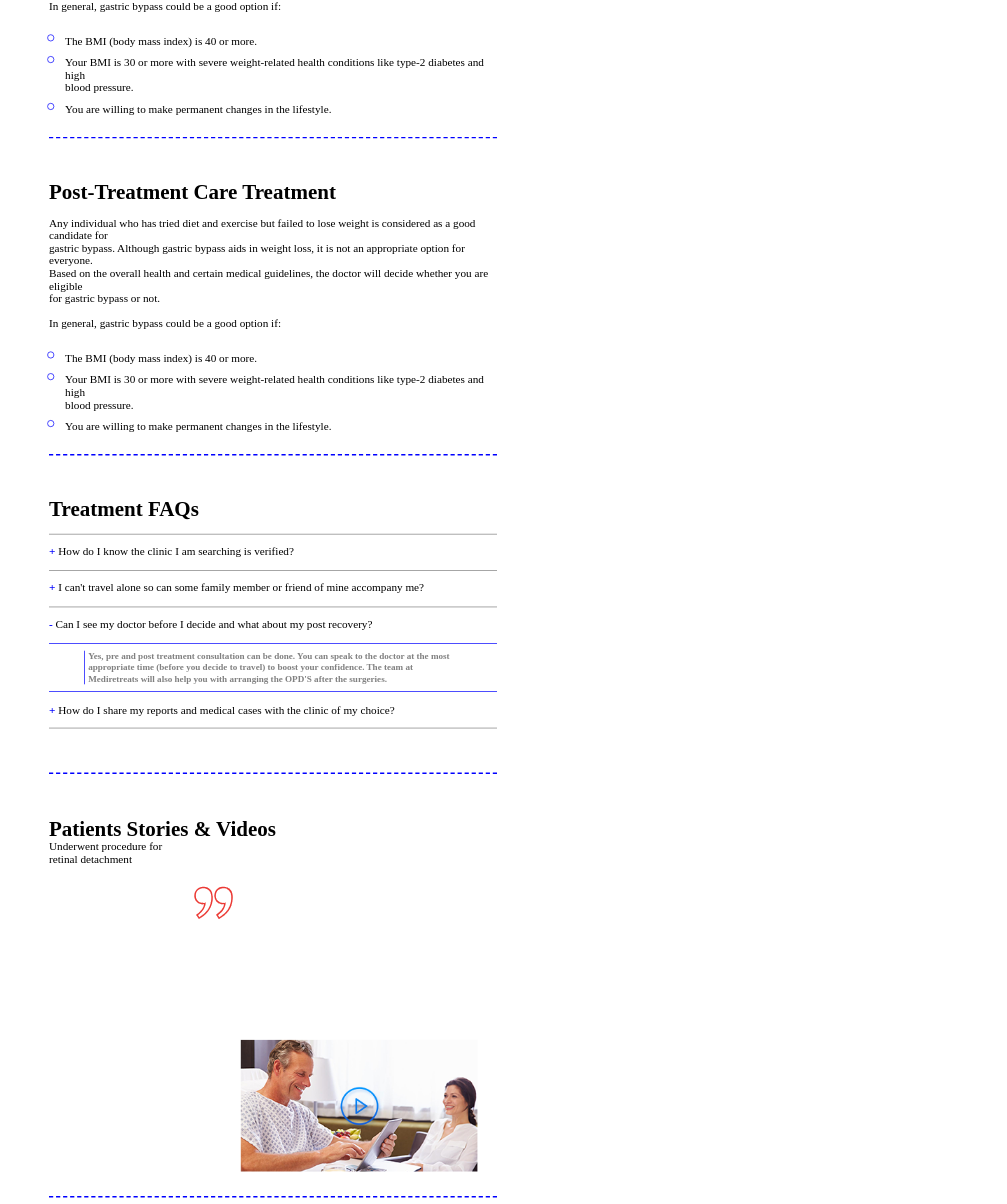
Repository: hetuk2005/webDevelopment
Page: Projects/Aafiya.html
These files come from the project's save history. The page is drawn as it stood at one moment and after the next save; the edit follows.
The browser window is 1280 px wide. The page is 1438 px wide, so the pictures cover 1438 px, including what lies to the right of the window. The pictures show the part of the page from y = 2952 to 4672 px (the page is 4672 px tall before and 4441 px after), at 70% of full size.

Above is the page before, as saved 2025-04-08 10:29:12.

### Projects/Aafiya.html
<!DOCTYPE html>
<html lang="en">

<head>
    <meta charset="UTF-8" />
    <meta name="viewport" content="width=device-width, initial-scale=1.0" />
    <title>Hetuk</title>
    <link rel="stylesheet" href="./CSS/Aafiya.css" />
</head>

<body>
    <nav>
        <div class="child1">
            <div class="images">
                <img src="./Images/Aafiya Logo.svg" alt="Aafiya Logo" class="img1" /><br />
                <img src="./Images/Logo 2.png" alt="Logo" class="img2" />
            </div>
            <div class="image_text">
                <div class="book_text">
                    <img src="./Images/Book.svg" alt="Book" class="img3" />
                    <div class="grid">
                        <br />
                        <p class="text">Second Medical Option</p>
                        <p class="text1">Book Consultation</p>
                    </div>
                </div>
                <div class="call_text">
                    <img src="./Images/Call.svg" alt="Call" class="img4" /><br />
                    <div class="grid">
                        <br />
                        <p class="text">Call Us On</p>
                        <p class="text1">985 896 2222</p>
                    </div>
                </div>
                <div class="mail_text">
                    <img src="./Images/Mail.png" alt="Mail" class="img5" />
                    <div class="grid">
                        <br />
                        <p class="text">Email Us On</p>
                        <p class="text1">info@mediretreats.com</p>
                    </div>
                </div>
                <div class="India">
                    <img src="./Images/India.svg" alt="India Flag" class="img6" />
                    <img src="./Images/Dropdown Arrow.svg" alt="Dropdown Arrow" class="img7" />
                </div>
            </div>
        </div>
        <div class="child2">
            <ul>
                <li>Home</li>
                <li>About Us</li>
                <li>Treatments +</li>
                <li>Destinations +</li>
                <li>Hospitals</li>
                <li>FAQs</li>
                <li>Blog</li>
                <li>Request A Quote</li>
            </ul>
            <input type="search" placeholder="Search" />
        </div>
    </nav>
    <div class="home_img">
        <div class="home_child">
            <p class="home_content">Home</p>
            <span> > </span>
            <p class="home_content">Treatments</p>
            <span> > </span>
            <p class="home_content">Orthopaedics</p>
            <span> > </span>
            <p class="home_content">Knee Replacement</p>
        </div>
        <br />
        <h3>Total Knee Replacement</h3>
        <p class="home_description">
            Total knee replacement is a surgery to remove and replace the whole<br /> damaged knee joint with an artificial joint.
        </p>
        <br />
        <button class="enquire_now">Enquire Now</button>
    </div>
    <div class="nav2">
        <ul>
            <li class="list">Overview</li>
            <li>Eligibility</li>
            <li>Preparation</li>
            <li>About Treatment</li>
            <li>Post-Treatment Care</li>
            <li>Recovery Tips</li>
            <li>FAQs</li>
            <li>Patients Stories</li>
        </ul>
    </div>
    <div class="treatment_overview">
        <div class="treatment_text">
            <h3>Treatment Overview</h3>
            <br />
            <p>
                Lorem ipsum dolor sit amet consectetur adipisicing elit.<br /> Earum, culpa vel debitis incidunt non quis.
            </p>
            <br />
            <p>
                Lorem ipsum dolor sit amet consectetur adipisicing elit.<br /> aliquam repudiandae, corporis consectetur dolorem eum.<br /> facilis quasi, praesentium inventore expedita quo hic.
            </p>
            <br />
            <p>
                Lorem ipsum dolor sit amet culpa vel debitis<br /> consectetur, adipisicing elit. Adipisci, nemo.
            </p>
            <br />
        </div>
        <div class="treatment_img">
            <img src="./Images/treatment_overview (1).jpg" alt="Image" />
        </div>
    </div>
    <div class="eligibility_for_treatment">
        <div class="eligibility_text">
            <h3>Eligibility For Treatment</h3>
            <br />
            <p>
                Any individual who has tried diet and exercise but failed to lose weight is considered as a good candidate for<br /> gastric bypass. Although gastric bypass aids in weight loss, it is not an appropriate option for everyone.<br /> Based
                on the overall health and certain medical guidelines, the doctor will decide whether you are eligible<br /> for gastric bypass or not.
            </p>
            <br />
            <p>In general, gastric bypass could be a good option if:</p>
            <br />
            <ul>
                <li>The BMI (body mass index) is 40 or more.</li>
                <li>
                    Your BMI is 30 or more with severe weight-related health conditions like type-2 diabetes and high<br /> blood pressure.
                </li>
                <li>You are willing to make permanent changes in the lifestyle.</li>
            </ul>
        </div>
        <br /><br /><br />
        <div class="eligibility_form">
            <h3>Need Help?</h3>
            <br />
            <p>
                Just let us know. We will be happy to<br /> assist you.
            </p>
            <br /><br />
            <form>
                <input type="text" placeholder="Full Name" /><br /><br />
                <input type="email" placeholder="Email" /><br /><br />
                <input type="tel" placeholder="Phone Number" /><br /><br />
                <input type="textarea" placeholder="Describe Your Treatment Requirement" class="textarea" /><br /><br />
                <button class="Enquiry">Send Enquiry</button>
            </form>
        </div>
    </div>
    <div class="preparation_of_treatment">
        <h3>Preparation Of Treatment</h3>
        <br />
        <p>
            Any individual who has tried diet and exercise but failed to lose weight is considered as a good candidate for<br /> gastric bypass. Although gastric bypass aids in weight loss, it is not an appropriate option for everyone.<br /> Based on
            the overall health and certain medical guidelines, the doctor will decide whether you are eligible<br /> for gastric bypass or not.
        </p>
        <br />
        <p>In general, gastric bypass could be a good option if:</p>
        <br />
        <ul>
            <li>The BMI (body mass index) is 40 or more.</li>
            <li>
                Your BMI is 30 or more with severe weight-related health conditions like type-2 diabetes and high<br /> blood pressure.
            </li>
            <li>You are willing to make permanent changes in the lifestyle.</li>
        </ul>
    </div>
    <div class="about_treatment">
        <h3>About Treatment</h3>
        <br />
        <p>
            Any individual who has tried diet and exercise but failed to lose weight is considered as a good candidate for<br /> gastric bypass. Although gastric bypass aids in weight loss, it is not an appropriate option for everyone.<br /> Based on
            the overall health and certain medical guidelines, the doctor will decide whether you are eligible<br /> for gastric bypass or not.
        </p>
        <br />
        <p>In general, gastric bypass could be a good option if:</p>
        <br />
        <ul>
            <li>The BMI (body mass index) is 40 or more.</li>
            <li>
                Your BMI is 30 or more with severe weight-related health conditions like type-2 diabetes and high<br /> blood pressure.
            </li>
            <li>You are willing to make permanent changes in the lifestyle.</li>
        </ul>
    </div>
    <div class="post_treatment">
        <h3>Post-Treatment Care Treatment</h3>
        <br />
        <p>
            Any individual who has tried diet and exercise but failed to lose weight is considered as a good candidate for<br /> gastric bypass. Although gastric bypass aids in weight loss, it is not an appropriate option for everyone.<br /> Based on
            the overall health and certain medical guidelines, the doctor will decide whether you are eligible<br /> for gastric bypass or not.
        </p>
        <br />
        <p>In general, gastric bypass could be a good option if:</p>
        <br />
        <ul>
            <li>The BMI (body mass index) is 40 or more.</li>
            <li>
                Your BMI is 30 or more with severe weight-related health conditions like type-2 diabetes and high<br /> blood pressure.
            </li>
            <li>You are willing to make permanent changes in the lifestyle.</li>
        </ul>
    </div>
    <div class="treatment_recovery">
        <h3>Post-Treatment Care Treatment</h3>
        <br />
        <p>
            Any individual who has tried diet and exercise but failed to lose weight is considered as a good candidate for<br /> gastric bypass. Although gastric bypass aids in weight loss, it is not an appropriate option for everyone.<br /> Based on
            the overall health and certain medical guidelines, the doctor will decide whether you are eligible<br /> for gastric bypass or not.
        </p>
        <br />
        <p>In general, gastric bypass could be a good option if:</p>
        <br />
        <ul>
            <li>The BMI (body mass index) is 40 or more.</li>
            <li>
                Your BMI is 30 or more with severe weight-related health conditions like type-2 diabetes and high<br /> blood pressure.
            </li>
            <li>You are willing to make permanent changes in the lifestyle.</li>
        </ul>
    </div>
    <div class="treatment_faqs">
        <h3>Treatment FAQs</h3>
        <br />
        <p>How do I know the clinic I am searching is verified?</p>
        <br />
        <p>
            I can't travel alone so can some family member or friend of mine accompany me?
        </p>
        <br />
        <p class="answered">
            Can I see my doctor before I decide and what about my post recovery?
        </p>
        <br />
        <p class="answer">
            <span class="left">
          Yes, pre and post treatment consultation can be done. You can speak to
          the doctor at the most<br />
          appropriate time (before you decide to travel) to boost your
          confidence. The team at<br />
          Mediretreats will also help you with arranging the OPD'S after the
          surgeries.
        </span>
        </p>
        <br />
        <a class="bottom">
        How do I share my reports and medical cases with the clinic of my
        choice?
      </a>
        <br />
    </div>
    <div class="patient_stories">
        <h3>Patients Stories & Videos</h3>
        <div class="stories_img">
            <p class="stories_text">Underwent procedure for</p>
            <p class="stories_text">retinal detachment</p>
            <br>
            <img src="./Images/Quotes.svg" alt="Quotes" class="quotes">
            <img src="./Images/Patient_Stories.png" alt="Image Of Patient" class="patients" />
        </div>
    </div>
</body>

</html>

### Projects/CSS/Aafiya.css
* {
    margin: 0;
    padding: 0;
    box-sizing: border-box;
}

nav {
    width: 100%;
}

.child1 {
    display: flex;
    padding-top: 15px;
    gap: 20px;
    /* height: 50vh; */
    /* border: 1px solid black; */
    justify-content: space-evenly;
    align-items: center;
}

.img3,
.img4,
.img5 {
    height: 60px;
    width: 60px;
    padding-top: 10px;
    object-fit: contain;
}

.book_text,
.call_text,
.mail_text {
    display: flex;
    width: 250px;
    /* border: 1px solid red; */
    justify-content: center;
    padding-bottom: 15px;
}

.grid {
    display: grid;
    text-align: left;
    padding-left: 10px;
}

.img1 {
    height: 70px;
    width: 300px;
    object-fit: contain;
}

.img2 {
    height: 80px;
    width: 70px;
    object-fit: contain;
}

.image_text {
    display: flex;
    gap: 20px;
    padding-right: 50px;
}

.images {
    display: flex;
    gap: 25px;
    padding-left: 50px;
    justify-content: center;
    align-items: center;
}

.text1 {
    font-weight: bolder;
    font-size: 15px;
}

.text {
    font-weight: bold;
    color: gray;
    font-size: 15px;
}

.India {
    display: flex;
    padding-left: 5px;
    justify-content: center;
    gap: 8px;
}

.India>.img6 {
    height: 50px;
    /* width: 50px; */
    padding-top: 10px;
    object-fit: contain;
}

.India>.img7 {
    height: 40px;
    /* width: 40px; */
    padding-top: 23px;
    object-fit: contain;
}

.child2 {
    display: flex;
    padding-top: 10px;
    /* border: 1px solid black; */
    justify-content: space-evenly;
    align-items: center;
    color: white;
    padding-bottom: 10px;
    background-color: rgb(125, 163, 244);
}

.child2>ul {
    list-style-type: none;
    display: flex;
    gap: 60px;
    justify-content: center;
    font-weight: bold;
    align-items: center;
    font-size: larger;
    padding-right: 60px;
}

.child2>input {
    height: 45px;
    background-color: rgb(125, 163, 244);
    width: 200px;
    padding-left: 10px;
    font-weight: bold;
    border: 2px solid black;
}

.child2>input::placeholder {
    color: white;
    text-align: center;
    font-size: large;
    font-weight: bolder;
    opacity: 0.8;
}

.home_img {
    background-image: url(../Images/Main\ Image.jpg);
    background-position: center center;
    background-size: cover;
    background-repeat: no-repeat;
    padding: 80px 0;
    padding-left: 70px;
    position: relative;
    color: white;
}

.home_img>.home_child {
    display: flex;
    gap: 20px;
}

.home_img>.home_child>.home_content,
span {
    font-size: 20px;
    font-weight: bold;
}

.home_img>h3 {
    font-size: 37px;
    font-weight: bolder;
    margin-bottom: 15px;
}

.home_img>.home_description {
    font-size: 19px;
    margin-bottom: 25px;
    font-weight: bold;
}

.home_img>.home_child>span {
    color: red;
}

.home_img>.enquire_now {
    background-color: #1da1f2;
    font-weight: bold;
    color: white;
    font-size: 17px;
    width: 170px;
    height: 40px;
}

.nav2>ul {
    list-style-type: none;
    display: flex;
    gap: 50px;
    padding-left: 60px;
    padding-top: 25px;
    padding-bottom: 20px;
    border-bottom: 2px solid gray;
    font-size: larger;
    font-weight: 300;
}

.nav2>ul>.list:hover {
    text-decoration: underline;
}

.treatment_overview {
    display: flex;
    width: 100%;
    gap: 50px;
    margin-bottom: 10px;
    border-bottom: 2px dashed blue;
    margin-left: 70px;
}

.treatment_overview>.treatment_text {
    padding-top: 67px;
    padding-bottom: 50px;
}

.treatment_overview>.treatment_text>p {
    font-size: 25px;
    padding-bottom: 25px;
}

.treatment_overview>.treatment_text>h3 {
    font-weight: bold;
    font-size: 30px;
}

.treatment_overview>.treatment_img>img {
    height: 480px;
    width: 700px;
    padding-top: 40px;
    padding-bottom: 40px;
    object-fit: contain;
    margin-right: 70px;
}

.eligibility_for_treatment {
    display: flex;
    width: 100%;
    gap: 80px;
    padding-top: 50px;
    margin-left: 70px;
}

.eligibility_for_treatment>.eligibility_text {
    border-bottom: 2px dashed blue;
}

.eligibility_for_treatment>.eligibility_text>h3 {
    font-size: 30px;
    font-weight: bold;
}

.eligibility_for_treatment>.eligibility_text>ul {
    list-style-type: circle;
    padding-left: 23px;
}

.eligibility_for_treatment>.eligibility_text>ul>li::marker {
    color: blue;
    font-size: 30px;
    font-weight: bold;
}

.eligibility_for_treatment>.eligibility_form>h3 {
    font-size: 35px;
    color: blue;
    font-weight: bold;
    font-style: italic;
}

.eligibility_form {
    box-shadow: 0 0 10px rgba(0, 0, 0, 0.4);
    border-radius: 7px;
    padding: 20px;
}

.eligibility_for_treatment>.eligibility_form>p {
    font-size: 20px;
}

.eligibility_for_treatment>.eligibility_form>form>input {
    height: 40px;
    width: 300px;
    gap: 20px;
    border: 2px solid black;
    border-radius: 7px;
}

.eligibility_for_treatment>.eligibility_form>form>input::placeholder {
    color: gray;
    padding-left: 15px;
}

.eligibility_for_treatment>.eligibility_form>form>.textarea {
    height: 100px;
    width: 300px;
    border: 2px solid black;
    border-radius: 7px;
}


/*.eligibility_for_treatment>.eligibility_form>form>.textarea::placeholder {
    padding-bottom: 70px;
}*/

.eligibility_for_treatment>.eligibility_form>form>button {
    background: linear-gradient(to right, #00aaff, #66ccff);
    color: white;
    width: 100%;
    border-radius: 7px;
    border: none;
    height: 45px;
}

.preparation_of_treatment>h3 {
    font-size: 30px;
    font-weight: bold;
}

.preparation_of_treatment {
    border-bottom: 2px dashed blue;
    margin-bottom: 10px;
    padding-bottom: 30px;
    gap: 50px;
    padding-top: 50px;
    margin-left: 70px;
    width: 50%;
}

.preparation_of_treatment>ul {
    list-style-type: circle;
    padding-left: 23px;
}

.preparation_of_treatment>ul>li::marker {
    color: blue;
    font-size: 30px;
    font-weight: bold;
}

.about_treatment {
    border-bottom: 2px dashed blue;
    margin-bottom: 10px;
    padding-bottom: 30px;
    gap: 50px;
    padding-top: 50px;
    margin-left: 70px;
    width: 50%;
}

.about_treatment>ul {
    list-style-type: circle;
    padding-left: 23px;
}

.about_treatment>ul>li::marker {
    color: blue;
    font-size: 30px;
    font-weight: bold;
}

.about_treatment>h3 {
    font-size: 30px;
    font-weight: bold;
}

.post_treatment {
    border-bottom: 2px dashed blue;
    margin-bottom: 10px;
    padding-bottom: 30px;
    gap: 50px;
    padding-top: 50px;
    margin-left: 70px;
    width: 50%;
}

.post_treatment>ul {
    list-style-type: circle;
    padding-left: 23px;
}

.post_treatment>ul>li::marker {
    color: blue;
    font-size: 30px;
    font-weight: bold;
}

.post_treatment>h3 {
    font-size: 30px;
    font-weight: bold;
}

.treatment_recovery {
    border-bottom: 2px dashed blue;
    margin-bottom: 10px;
    padding-bottom: 30px;
    gap: 50px;
    padding-top: 50px;
    margin-left: 70px;
    width: 50%;
}

.treatment_recovery>ul {
    list-style-type: circle;
    padding-left: 23px;
}

.treatment_recovery>ul>li::marker {
    color: blue;
    font-size: 30px;
    font-weight: bold;
}

.treatment_recovery>h3 {
    font-size: 30px;
    font-weight: bold;
}

.treatment_faqs>h3 {
    font-size: 30px;
    font-weight: bold;
}

.treatment_faqs {
    border-bottom: 2px dashed blue;
    padding-bottom: 45px;
    margin-bottom: 11px;
    gap: 50px;
    padding-top: 50px;
    margin-left: 70px;
    width: 50%;
}

.treatment_faqs>p {
    border-top: 1px solid gray;
    padding-top: 15px;
    counter-reset: value;
}

.treatment_faqs>p::before {
    counter-increment: value;
    content: "+  ";
    font-weight: bold;
    color: blue;
}

.treatment_faqs>.answered {
    counter-reset: value;
}

.treatment_faqs>.answered::before {
    counter-increment: value;
    content: "-  ";
    color: blue;
}

.treatment_faqs>.bottom {
    border-bottom: 1px solid gray;
    display: block;
    padding-bottom: 15px;
    counter-reset: value;
}

.treatment_faqs>.bottom::before {
    counter-increment: value;
    content: "+  ";
    font-weight: bold;
    color: blue;
}

.treatment_faqs>.answer {
    border-top: 1px solid blue;
    border-bottom: 1px solid blue;
    padding-left: 50px;
    padding-top: 10px;
    padding-bottom: 10px;
    counter-reset: value;
}

.treatment_faqs>.answer::before {
    counter-increment: value;
    content: "";
    color: blue;
}

.treatment_faqs>.answer>.left {
    border-left: 1px solid blue;
    display: block;
    font-size: small;
    padding-left: 5px;
    color: gray;
}

.patient_stories {
    border-bottom: 2px dashed blue;
    margin-bottom: 10px;
    padding-bottom: 30px;
    gap: 50px;
    padding-top: 50px;
    margin-left: 70px;
    width: 50%;
}

.patient_stories>h3 {
    font-size: 30px;
    font-weight: bold;
}

.patient_stories>.stories_img>.quotes {
    height: 70px;
    width: 70px;
    margin-left: 200px;
    margin-bottom: 350px;
    object-fit: contain;
}

After the next save:
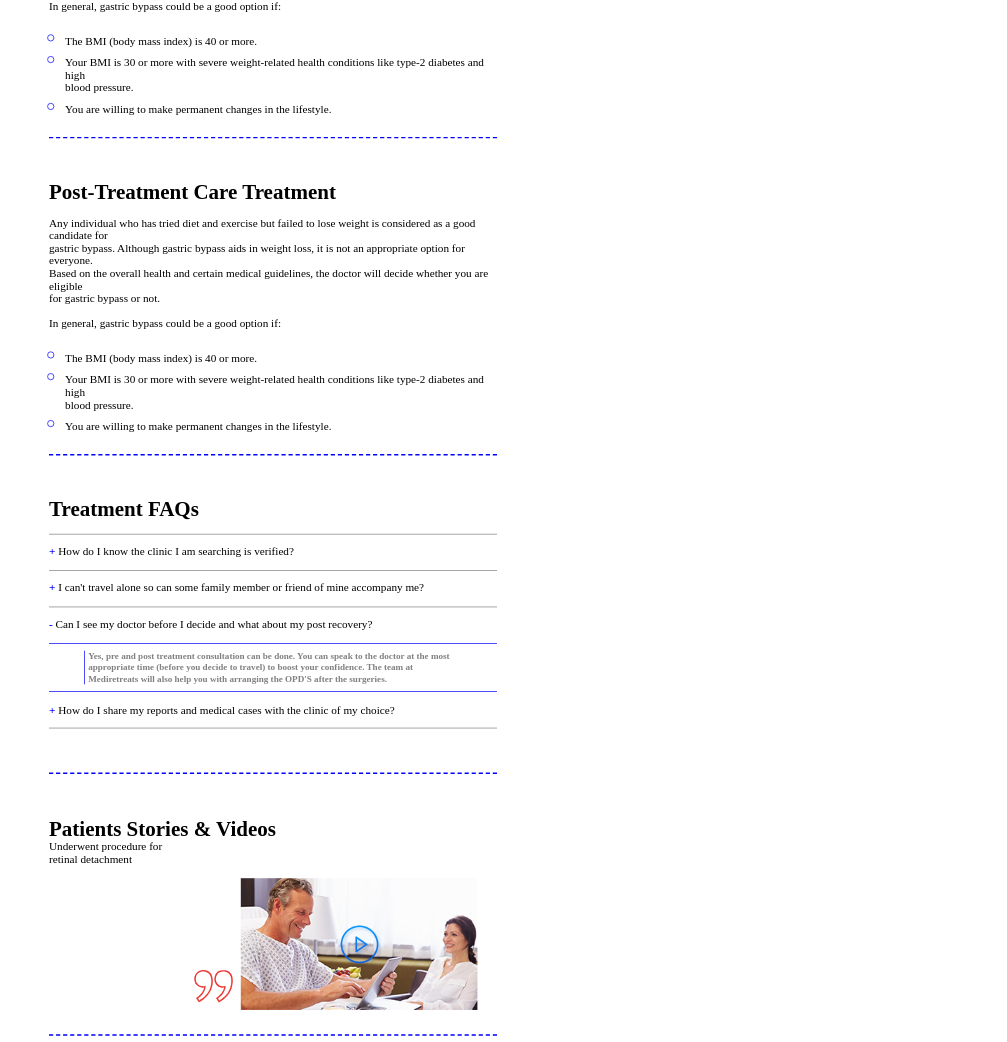
Saved 12 s later.
--- a/Projects/CSS/Aafiya.css
+++ b/Projects/CSS/Aafiya.css
@@ -513,6 +513,5 @@ span {
     height: 70px;
     width: 70px;
     margin-left: 200px;
-    margin-bottom: 350px;
-    object-fit: contain;
-}
+    object-fit: contain;
+}
